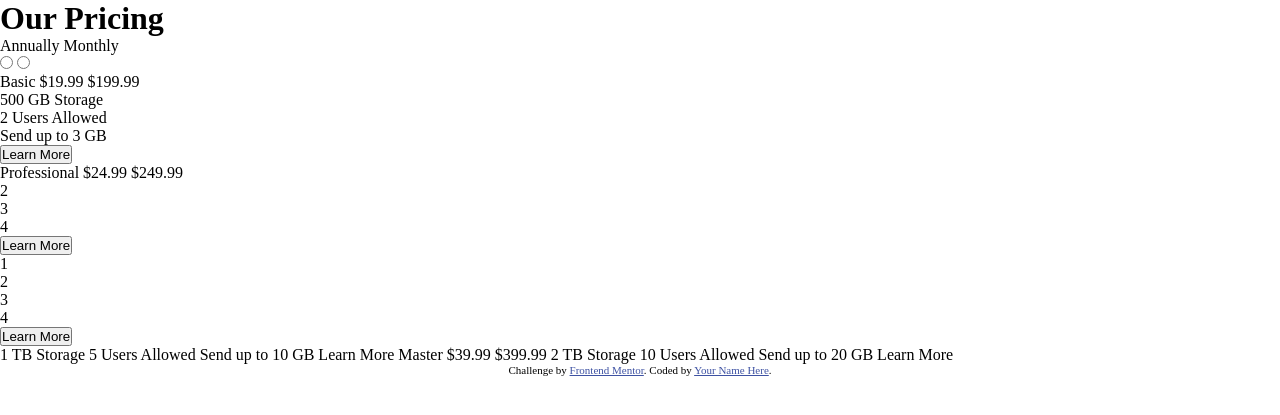
Repository: JuzzJoel/pricing-component-with-toggle-master
Page: index.html
The author's editor kept a copy of each file at every save. The page is drawn from the files as they stood at one save, then again after a run of saves.
The browser window is 1280 px wide. The pictures show the whole page.

Above is the page before, as saved 2025-05-24 07:50:42.

After the next 8 saves:
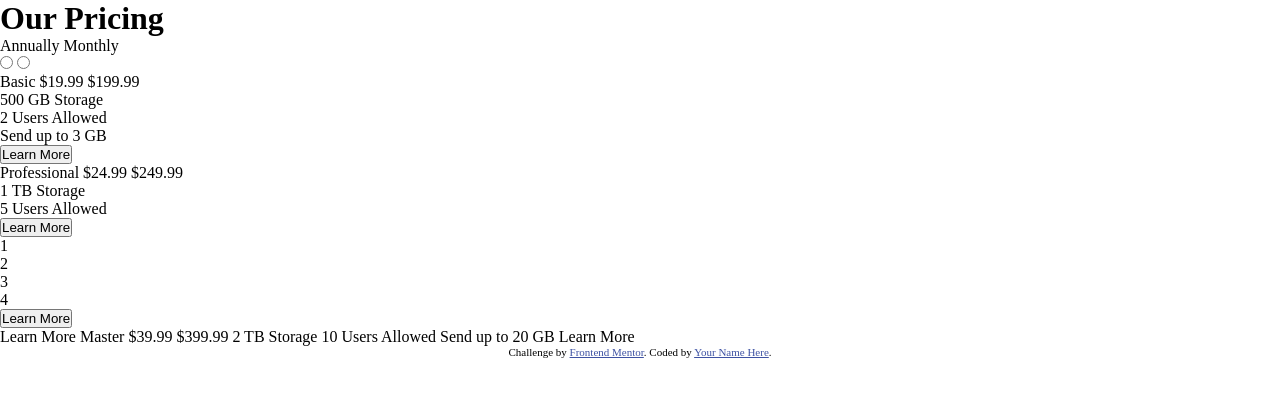
The 8 saves are shown as one change because they came seconds apart.
The last was saved 20 s later.
--- a/index.html
+++ b/index.html
@@ -73,9 +73,9 @@
             &dollar;24.99
             &dollar;249.99
           </div>
-            <div class="rows">2</div>
-            <div class="rows">3</div>
-            <div class="rows">4</div>
+            <div class="rows">1 TB Storage</div>
+            <div class="rows">5 Users Allowed</div>
+            <div class="rows"></div>
             <div class="rows"><button>Learn More</button></div>
           </div>
           <div class="card">
@@ -100,9 +100,9 @@
 
 
 
-  1 TB Storage
-  5 Users Allowed
-  Send up to 10 GB
+
+
+
   Learn More
 
   Master
